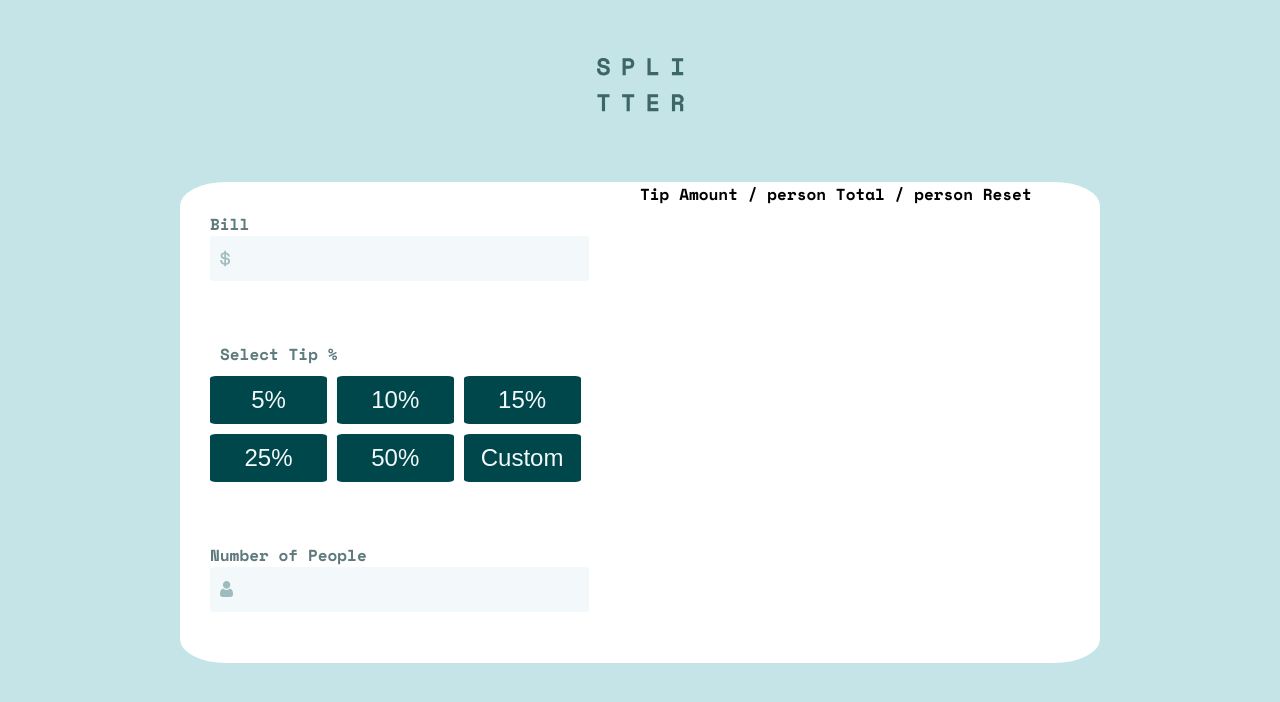
Repository: Arkitecth/tip-calculator
Page: index.html
These files come from the project's save history. The page is drawn as it stood at one moment and after the next save; the edit follows.
The browser window is 1280 px wide. The pictures show the whole page.

Above is the page before, as saved 2023-06-09 18:27:37.

### index.html
<!DOCTYPE html>
<html lang="en">
<head>
  <meta charset="UTF-8">
  <meta name="viewport" content="width=device-width, initial-scale=1.0"> <!-- displays site properly based on user's device -->

  <link rel="icon" type="image/png" sizes="32x32" href="./images/favicon-32x32.png">
  <link rel="stylesheet" href="styles.css">
  <title>Tip calculator app</title>

</head>
<body>

  <main>
    <img src="images/logo.svg" alt="logo">
      <div class="app">
        <div class="entry">
          <div class="bill-entry">
            <p>Bill</p>
            <img src="images/icon-dollar.svg" alt="dollar sign"><input class="entry-input" type="text" name="Bill" id="Bill">
          </div>

          <div class="tip-entry">
            <p>Select Tip %</p>
            <input type="button" value="5%">
            <input type="button" value="10%">
            <input type="button" value="15%">
            <input type="button" value="25%">
            <input type="button" value="50%">
            <input class="custom" type="button" value="Custom">
          </div>

          <div class="people-entry">
            <p>Number of People</p>
            <img src="images/icon-person.svg" alt="person sign"><input class="entry-input" type="text" name="people-entry" id="people-entry">
          </div>

        </div>

        <div class="result">
          Tip Amount
          / person

          Total
          / person

          Reset
        </div>


  </div>
  </main>





</body>
</html>

### styles.css
@import url('https://fonts.googleapis.com/css2?family=Space+Mono:wght@700&display=swap');
* {
    margin: 0;
    padding: 0;
}

/* Main Styling */
body {
    background-color: #C5E4E7;
    font-family: 'Space Mono', monospace;
}

main {
    display: flex;
    flex-direction: column;
    justify-content: center;
    align-items: center;
    align-content: center;
    height: 100vh;
    gap: 70px;
}

/* App Styling */

.app {
    width: 920px;
    height: 481px;
    background-color: white;
    border-radius: 5%;
    display: grid;
    grid-template-columns: 1fr 1fr;
}

/* Entry Styling */

.entry {
    display: grid;
    padding-top: 30px;
    grid-template-rows: auto auto auto;
    padding-left: 30px;
    justify-content: center;
    color: #5E7A7D;
}

.entry-input {
    background-color:#f3F9FA;
    width: 379px;
    height: 45px;
    border: none;
    border-radius: 2%;

}

.entry-input:focus {
    outline: none;
    border: 1px solid #26C2AE;

}

/* Bill Styling */

.bill-entry {
    position: relative;
}

.bill-entry img {
    position: absolute;
    top: 38px;
    left: 10px;
}

/* Tip Entry */
.tip-entry p {
    padding: 10px;
}
.tip-entry input[type="button"] {
    width: 117px;
    padding: 10px;
    margin-bottom: 10px;
    background-color:#00474B;
    color: #f3F9FA;
    font-size: 1.5rem;
    border: none;
    border-radius: 5%;
}

.tip-entry input[type="button"]:active,.tip-entry input[type="button"]:hover {
    background-color: #26C2AE;
}
.tip-entry input[type="button"]:active {
    transform: translateY(4px);
}

.tip-entry input.custom {
    background-color: #F3F9FA
    color:#547878;
}


/* People Entry Styling */
.people-entry {
    position: relative;
}
.people-entry img {
    position: absolute;
    top: 38px;
    left: 10px;
}

After the next save:
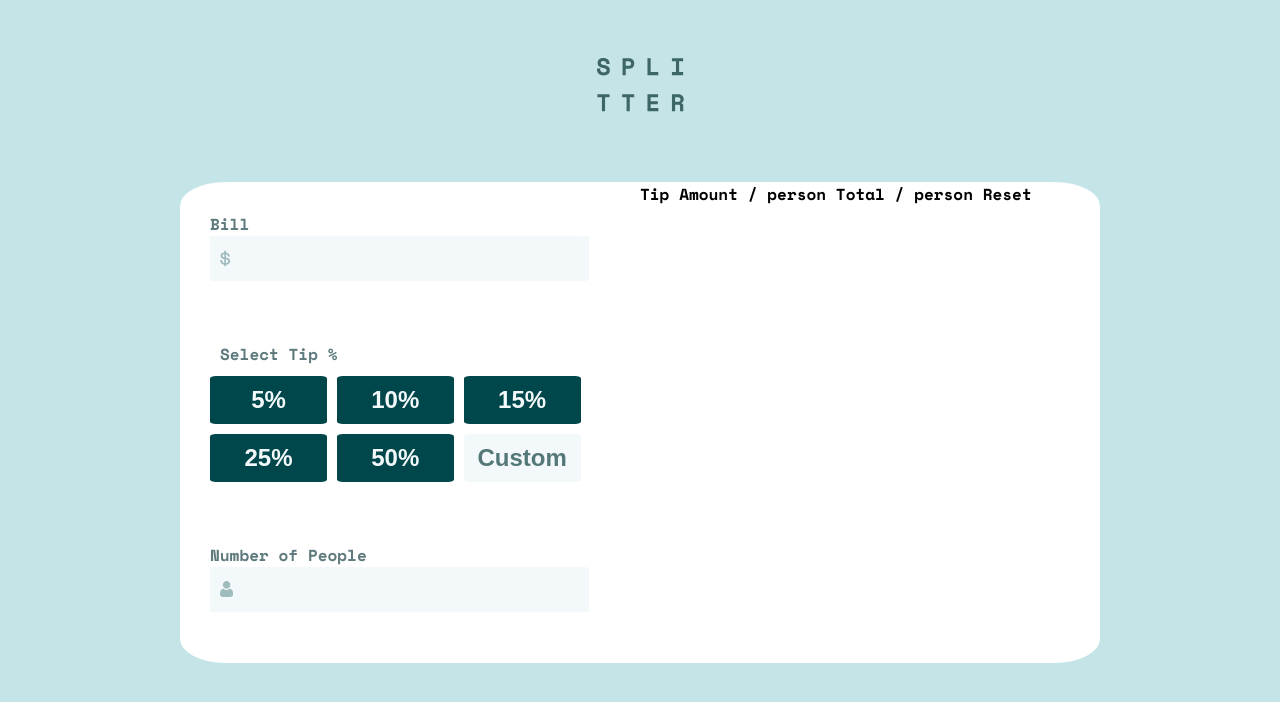
Saved 69 s later.
--- a/styles.css
+++ b/styles.css
@@ -82,6 +82,7 @@
     font-size: 1.5rem;
     border: none;
     border-radius: 5%;
+    font-weight: 700;
 }
 
 .tip-entry input[type="button"]:active,.tip-entry input[type="button"]:hover {
@@ -92,7 +93,7 @@
 }
 
 .tip-entry input.custom {
-    background-color: #F3F9FA
+    background-color: #F3F9FA;
     color:#547878;
 }
 
